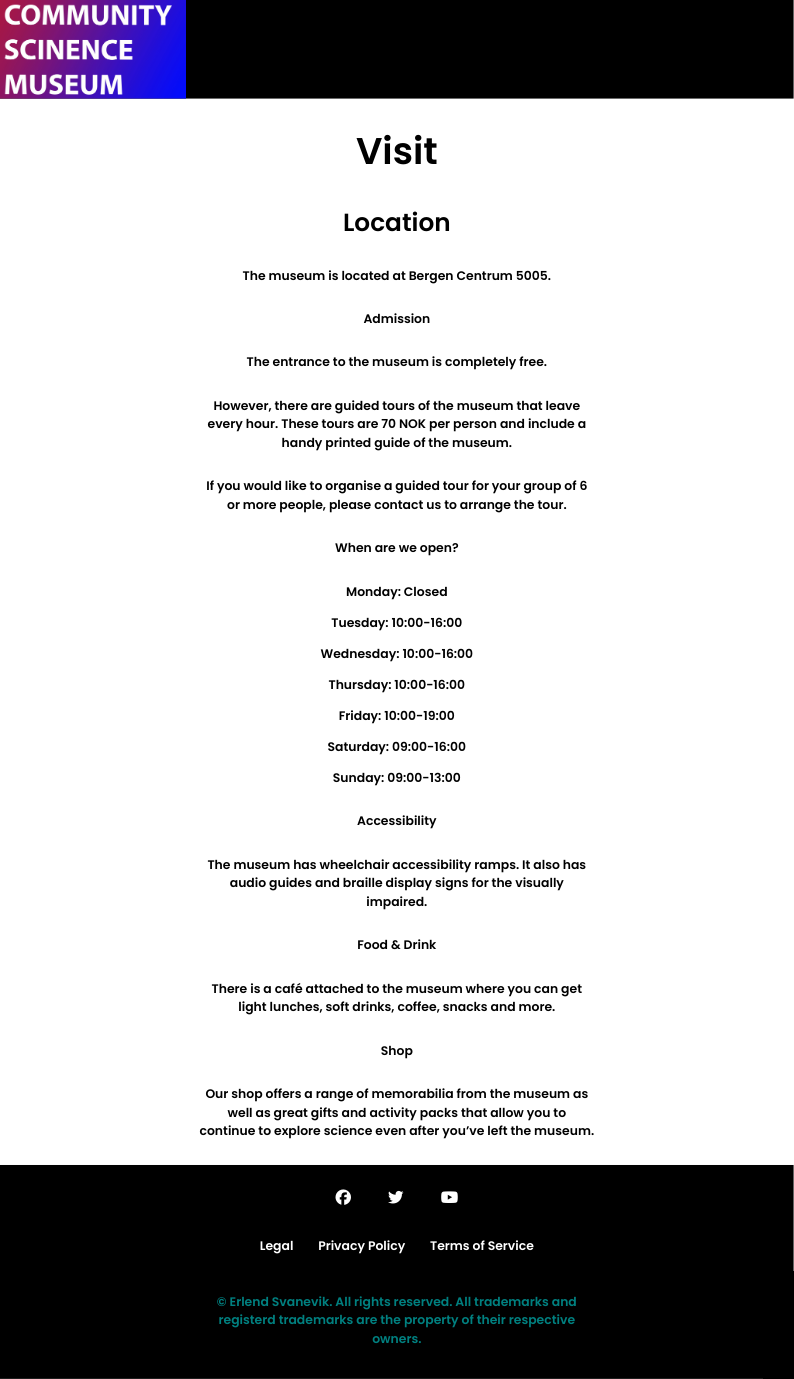
Repository: EpleWasTaken/Semester-Project
Page: visit.html
An editor plug-in stored every save of this project. The page is shown before and after the next save, followed by the edit.
The browser window is 1280 px wide. The pictures show the whole page, at 62% of full size.
Some web libraries are served in a nearby version.

Above is the page before, as saved 2020-12-04 20:22:23.

### visit.html
<!DOCTYPE html>
<html lang="en">
<head>
    <meta charset="UTF-8">
    <meta name="viewport" content="width=device-width, initial-scale=1.0">
    <meta name="keywords" content="museum, science museum, community museum">
    <meta name="author" content="Erlend Molvik Svanevik">
    <title>CMS Visit</title>

    <link rel="preconnect" href="https://fonts.gstatic.com">
    <link href="https://fonts.googleapis.com/css2?family=Poppins:ital,wght@0,100;0,200;0,300;0,400;0,500;0,600;1,100;1,200;1,300;1,400;1,500;1,600&display=swap" rel="stylesheet">
    <link rel="stylesheet" href="./css/styles.css">
    <link rel="stylesheet" href="./css/footer.css">
    <link rel="stylesheet" href="/css/hamburger.css">
    <script src="https://kit.fontawesome.com/cafca22d75.js" crossorigin="anonymous"></script>

</head>


<!--NAVIGAION, LOGO AND SEARCH BAR-->


<body>
    <header>
        <div class="logo-container">
            <a href="index.html" aria-label="Go to frontpage">
                <img src="/Images/CommunityScienceMuseum.jpg" class="logo" alt="Community Science Museum logo">
            </a>
        </div>
        <label class="hamburger-menu" for="hamburger-menu" aria-label="Hamburger menu for navigation"><i class="fas fa-bars fa-2x"></i></label>
        <input type="checkbox" id="hamburger-menu">
        <nav>
            <div class="nav-container">
                <ul>
                    <h2>Menu</h2>
                    <li><a href="index.html" aria-label="Go to home page">Home</a></li>
                    <li><a href="visit.html" aria-label="Go to the visit page">Visit</a></li>
                    <li><a href="to-see-and-do.html" aria-label="Go to: To see and do">To see and do</a></li>
                    <li><a href="contact.html" aria-label="Go to the contact page">Contact</a></li>
                    <li><a href="about.html" aria-label="Go to the about page">About</a></li>
                </ul>
            </div>
        </nav>
    </header>


<main>
    <div class="visit-container">
        <div class="visit-text">
        <h1>Visit</h1>
        <h3>Location</h3>
        <p>The museum is located at Bergen Centrum 5005.</p>
    </div>
    <div>
        <h2>Admission</h2>
        <p>The entrance to the museum is completely free.</p>
        <p>However, there are guided tours of the museum that leave every hour.
        These tours are 70 NOK per person and include a handy printed guide of the museum.</p>
        <p>If you would like to organise a guided tour for your group of 6 or more people, please contact us to arrange the tour.</p>
    </div>
    <div class="open-hours">
        <h2>When are we open?</h2>
        <p>Monday: Closed</p>
        <p>Tuesday: 10:00-16:00</p>
        <p>Wednesday: 10:00-16:00</p>
        <p>Thursday: 10:00-16:00</p>
        <p>Friday: 10:00-19:00</p>
        <p>Saturday: 09:00-16:00</p>
        <p>Sunday: 09:00-13:00</p>

    </div>
    <div>
        <h2>Accessibility</h2>
        <p>The museum has wheelchair accessibility ramps.
        It also has audio guides and braille display signs for the visually impaired.</p>
    </div>
    <div>
        <h2>Food & Drink</h2>
        <p>There is a café attached to the museum where you can get light lunches, soft drinks, coffee, snacks and more.</p>
    </div>
    <div>
        <h2>Shop</h2>
        <p>Our shop offers a range of memorabilia from the museum as well as great gifts and activity packs that allow you to continue to explore science even after you’ve left the museum.</p>
    </div>
</main>


<!--FOOTER, TOS/LEGAL/PRIVACY-POLICY AND SOCIALS-->


    <footer class="footer">
        <div class="footer-container">
            <ul class="footer-social">
                <li>
                    <a href="#0" class="facebook"><i class="fab fa-facebook"></i></a>
                </li>
                <li>
                    <a href="#0" class="twitter"><i class="fab fa-twitter"></i></a>
                </li>
                <li>
                    <a href="#0" class="youtube"><i class="fab fa-youtube"></i></a>
                </li>
            </ul>
        </div>
        <div class="footer-container">
            <div class="footer-legal">
                <a href="#0">Legal</a>
                <a href="#0">Privacy Policy</a>
                <a href="#0">Terms of Service</a>
            </div>
            <div class="footer-copyright">
                <p>&copy; Erlend Svanevik. All rights reserved. All trademarks and registerd trademarks are the property of
                   their respective owners.</p>
            </div>
        </div>
    </footer>
</body>
</html>

### css/styles.css
* {
	margin: 0px;
	padding: 0px;
	box-sizing: border-box;
}

body {
	font-family: 'poppins', sans seriff;
	background-color: white;
}

header {
	display: flex;
	background-color: black;
}

.logo {
	max-width: 125px;
}

.logo-container {
	height: 66.41px;
}

/* NAVIGATION/HAMBURGER MENU/CLICKEBLE
-------------------------------------------*/

/*PICTURES
-----------------------------------------------*/

.homepic {
	width: auto;
	max-width: 100%;
	height: auto;
}

/*TEXT/FONT/TEXT ALIGNMENY
--------------------------------------------------*/

h1 {
	display: flex;
	align-items: center;
	justify-content: center;
	margin-left: auto;
	margin-right: auto;
	font-weight: 600;
	font-size: 30px;
	margin: 40px;
	text-align: center;
}

h3 {
	display: flex;
	align-items: center;
	justify-content: center;
	font-weight: 600;
	font-size: 20px;
	margin: 40px;
	text-align: center;
}

h2 {
	display: flex;
	align-items: center;
	justify-content: center;
	margin-left: auto;
	margin-right: auto;
	font-weight: 600;
	font-size: 20px;
	margin: 40px;
	text-align: center;
}

p {
	display: flex;
	align-items: center;
	justify-content: center;
	font-weight: 600;
	font-size: 15px;
	margin: 40px;
	max-width: 70%;
	margin-left: auto;
	margin-right: auto;
	text-align: center;
}

.open-hours p {
	margin: 20px;
	margin-left: auto;
	margin-right: auto;
	align-items: center;
	justify-content: center;
	text-align: center;
}

.footer-copyright {
	display: flex;
	flex-direction: column;
	justify-content: center;
	align-items: center;
	text-align: center;
}

.contact-container {
	display: flex;
	flex-direction: row;
	align-items: center;
}

.mail {
	display: flex;
	justify-content: center;
	align-items: center;
}

/* GRID Container */
main {
	display: grid;
	grid-template-areas: "Box1" "Box2" "Box3" "Box4";
}

/* GRID Items */
div {
	grid-area: ;
}

@media screen and (min-width: 1024px) {
	header {
		height: 159.38px;
	}

	.logo {
		display: flex;

		max-width: 300px;
	}

	.homepic {
		display: flex;
		flex-direction: column;
		justify-content: center;
		align-items: center;
		max-width: 1664px;
		margin-left: auto;
		margin-right: auto;
	}

	h1 {
		display: flex;
		align-items: center;
		justify-content: center;
		font-family: 'poppins', sans-serif;
		font-weight: 600;
		font-size: 60px;
		margin: 40px;
	}

	p {
		display: flex;
		align-items: center;
		justify-content: center;
		font-family: 'poppins', sans-serif;
		font-weight: 600;
		font-size: 20px;
		margin: 40px;
		max-width: 50%;
		margin-left: auto;
		margin-right: auto;
	}

	h3 {
		display: flex;
		align-items: center;
		justify-content: center;
		font-family: 'poppins', sans-serif;
		font-weight: 600;
		font-size: 40px;
		margin: 40px;
	}
}

### css/footer.css
/* FOOTER */

* {
	padding: 0;
	margin: 0;
	box-sizing: border-box;
}

footer {
	display: flex;
	flex-direction: column;
	justify-content: center;
	align-items: center;
	background-color: black;
	font-family: 'Poppins', sans-serif;
	font-weight: 600;
	padding: 10px;
}

.footer-container {
	display: flex;
	flex-direction: column;
	justify-content: center;
	align-items: center;
}

.footer-social {
	font-size: 35px;
}

.footer-social li a {
	color: white;
}

.footer-legal {
	display: flex;
	flex-direction: column;
	text-decoration: none;
	align-items: center;
	justify-content: center;
	font-size: 20px;
}

.footer-legal a {
	display: flex;
	text-decoration: none;
	flex-direction: row;
	padding: 15px;
}

.footer-social li a.facebook:hover {
	color: #3b5998;
}

.footer-social li a.twitter:hover {
	color: #00acee;
}

.footer-social li a.youtube:hover {
	color: #c4302b;
}

.footer-legal a {
	color: white;
}

.footer-legal a:hover {
	color: #021859;
}

.footer-copyright {
	display: flex;
	flex-direction: column;
	text-decoration: none;
	font-size: 14px;
	color: teal;
}

ul {
	list-style: none;
}

@media screen and (min-width: 1024px) {
	.footer-legal {
		display: flex;
		flex-direction: row;
		justify-content: center;
		align-items: center;
	}

	.footer-legal a {
		display: flex;
		flex-direction: row;
		justify-content: center;
		align-items: center;
		padding: 20px;
	}

	.footer-social {
		display: flex;
		flex-direction: row;
		justify-content: center;
		align-items: center;
		text-decoration: none;
	}

	.footer-container {
		text-decoration: none;
	}

	.footer-social li {
		display: flex;
		flex-direction: row;
		text-decoration: none;
		margin: 15px;
	}
}

### css/hamburger.css
* {
	margin: 0;
	padding: 0;
	box-sizing: border-box;
}

nav {
	display: none;
}

label.hamburger-menu {
	display: block;
	height: 48px;
	padding: 16px;
	position: absolute;
	right: 0;
	top: 0;
	color: white;
	z-index: 1;
}

.nav-container {
	display: flex;
	flex-direction: column;
	align-items: center;
	position: fixed;
	top: 0;
	right: 0;
	background-color: black;
	width: 100%;
	height: 100vh;
	justify-content: center;
}

ul a {
	display: flex;
	text-decoration: none;
	font-size: 25px;
	justify-content: space-between;
	list-style-type: none;
	color: white;
	margin: 15px;
	font-weight: 400;
	align-items: center;
}

ul h2 {
	display: flex;
	text-decoration: underline;
	font-size: 35px;
	justify-content: space-between;
	list-style-type: none;
	color: white;
	margin: 25px;
	font-weight: 600;
	align-items: center;
}

ul {
	display: flex;
	flex-direction: column;
	justify-content: center;
	align-items: center;
}

#hamburger-menu {
	display: none;
}

#hamburger-menu:checked ~ nav {
	display: block;
}

@media screen and (min-width: 1024px) {
	label.hamburger-menu {
		display: none;
	}
}

After the next save:
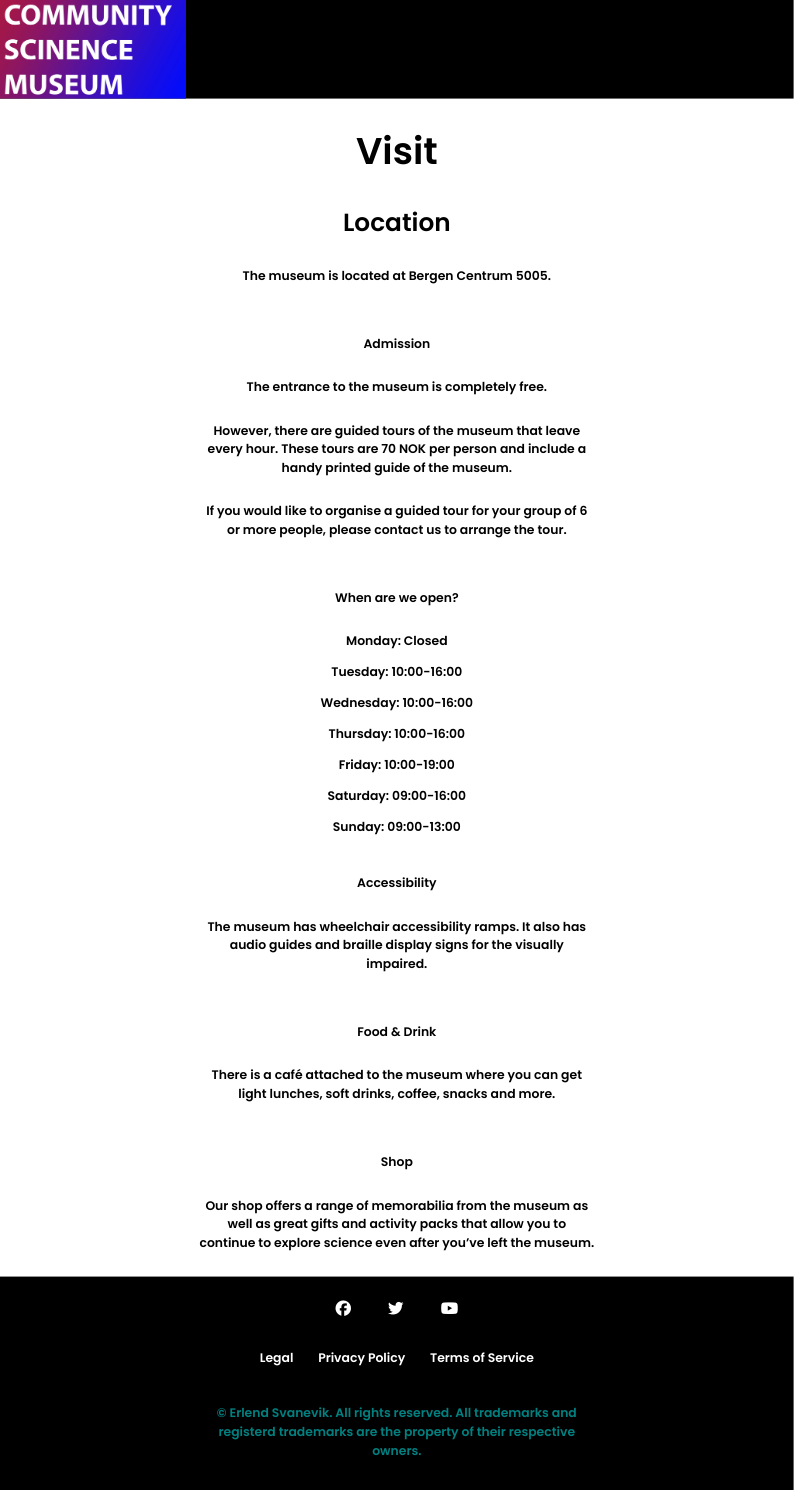
Saved 4 min 46 s later.
--- a/visit.html
+++ b/visit.html
@@ -45,12 +45,15 @@
 
 
 <main>
+
+    <section class="start">
     <div class="visit-container">
         <div class="visit-text">
         <h1>Visit</h1>
         <h3>Location</h3>
         <p>The museum is located at Bergen Centrum 5005.</p>
     </div>
+    </section>
     <div>
         <h2>Admission</h2>
         <p>The entrance to the museum is completely free.</p>
